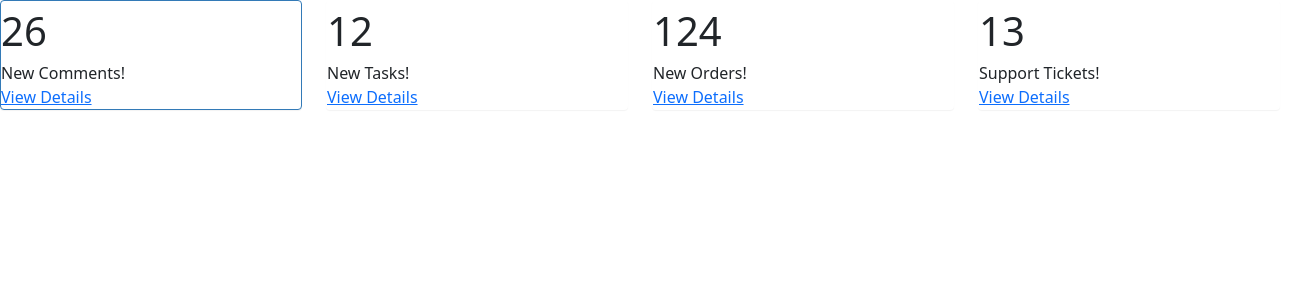
Repository: aache/call-log-management
Page: /dashboard
The author's editor kept a copy of each file at every save. The page is drawn from the files as they stood at one save, then again after the next save.
The browser window is 1280 px wide. The page is 1292 px wide, so the pictures cover 1292 px, including what lies to the right of the window. The pictures show the whole page.
The project was rebuilt for these pictures with package versions that can differ from the ones it lists, and the page was loaded fresh each time. Also part of the build but not shown: angular.json, src/app/login/login.component.ts, src/app/vertical-navigation/vertical-navigation.component.ts.

Above is the page before, as saved 2019-01-05 16:04:16.

### src/index.html
<!doctype html>
<html lang="en">
<head>
  <meta charset="utf-8">
  <title>CallLogApp</title>

  <base href="/">

  <meta name="viewport" content="width=device-width, initial-scale=1">
  <link rel="icon" type="image/x-icon" href="favicon.ico">
</head>
<body>
  <app-root></app-root>
</body>
</html>

### src/app/app.module.ts
import { BrowserModule } from '@angular/platform-browser';
import { NgModule } from '@angular/core';
import { AppRoutingModule } from './app-routing.module';
import { ReactiveFormsModule } from '@angular/forms';

import { AppComponent } from './app.component';
import { LoginComponent } from './login/login.component';
import { DashboardComponent } from './dashboard/dashboard.component';
import { VerticalNavigationComponent } from './vertical-navigation/vertical-navigation.component';


import { LoginAuthService } from './services/login/login-auth.service';
import { AppSettings } from './app-settings';

@NgModule({
  declarations: [
    AppComponent,
    LoginComponent,
    DashboardComponent,
    VerticalNavigationComponent
  ],
  imports: [
    BrowserModule,
    AppRoutingModule,
    ReactiveFormsModule
  ],
  providers: [
    AppSettings,
    LoginAuthService
  ],
  bootstrap: [AppComponent]
})
export class AppModule { }

### src/app/app-routing.module.ts
import { NgModule } from '@angular/core';
import { Routes, RouterModule } from '@angular/router';
import { AppComponent } from './app.component';
import { LoginComponent } from './login/login.component';
import { DashboardComponent } from './dashboard/dashboard.component';

const routes: Routes = [
  {path: 'dashboard' , component: DashboardComponent},
  {path: '' , component: LoginComponent}
];

@NgModule({
  imports: [RouterModule.forRoot(routes)],
  exports: [RouterModule]
})
export class AppRoutingModule { }

### src/app/app.component.ts
import { Component } from '@angular/core';

@Component({
  selector: 'app-root',
  templateUrl: './app.component.html',
  styleUrls: ['./app.component.css' ]
})
export class AppComponent {
  title = 'call-log-app';
}

### src/app/services/login/login-auth.service.ts
import { Injectable } from '@angular/core';
import { AppSettings } from '../../app-settings';

@Injectable({
  providedIn: 'root'
})
export class LoginAuthService {

  constructor() { }
  printLogin(username: String, password: String) {
    console.log(username + '::::' + password + AppSettings.API_ENDPOINT);
  }
}

### src/app/app-settings.ts
export class AppSettings {
    public static API_ENDPOINT = 'http://127.0.0.1:3000/api/';
}

### src/app/app.component.html
<!--The content below is only a placeholder and can be replaced.-->
<!--app-vertical-navigation></app-vertical-navigation-->
<router-outlet></router-outlet>

### src/app/dashboard/dashboard.component.html
<div class="row">
  <div class="col-lg-3 col-md-6">
      <div class="panel panel-primary">
          <div class="panel-heading">
              <div class="row">
                  <div class="col-xs-3">
                      <i class="fa fa-comments fa-5x"></i>
                  </div>
                  <div class="col-xs-9 text-right">
                      <div class="huge">26</div>
                      <div>New Comments!</div>
                  </div>
              </div>
          </div>
          <a href="#">
              <div class="panel-footer">
                  <span class="pull-left">View Details</span>
                  <span class="pull-right"><i class="fa fa-arrow-circle-right"></i></span>
                  <div class="clearfix"></div>
              </div>
          </a>
      </div>
  </div>
  <div class="col-lg-3 col-md-6">
      <div class="panel panel-green">
          <div class="panel-heading">
              <div class="row">
                  <div class="col-xs-3">
                      <i class="fa fa-tasks fa-5x"></i>
                  </div>
                  <div class="col-xs-9 text-right">
                      <div class="huge">12</div>
                      <div>New Tasks!</div>
                  </div>
              </div>
          </div>
          <a href="#">
              <div class="panel-footer">
                  <span class="pull-left">View Details</span>
                  <span class="pull-right"><i class="fa fa-arrow-circle-right"></i></span>
                  <div class="clearfix"></div>
              </div>
          </a>
      </div>
  </div>
  <div class="col-lg-3 col-md-6">
      <div class="panel panel-yellow">
          <div class="panel-heading">
              <div class="row">
                  <div class="col-xs-3">
                      <i class="fa fa-shopping-cart fa-5x"></i>
                  </div>
                  <div class="col-xs-9 text-right">
                      <div class="huge">124</div>
                      <div>New Orders!</div>
                  </div>
              </div>
          </div>
          <a href="#">
              <div class="panel-footer">
                  <span class="pull-left">View Details</span>
                  <span class="pull-right"><i class="fa fa-arrow-circle-right"></i></span>
                  <div class="clearfix"></div>
              </div>
          </a>
      </div>
  </div>
  <div class="col-lg-3 col-md-6">
      <div class="panel panel-red">
          <div class="panel-heading">
              <div class="row">
                  <div class="col-xs-3">
                      <i class="fa fa-support fa-5x"></i>
                  </div>
                  <div class="col-xs-9 text-right">
                      <div class="huge">13</div>
                      <div>Support Tickets!</div>
                  </div>
              </div>
          </div>
          <a href="#">
              <div class="panel-footer">
                  <span class="pull-left">View Details</span>
                  <span class="pull-right"><i class="fa fa-arrow-circle-right"></i></span>
                  <div class="clearfix"></div>
              </div>
          </a>
      </div>
  </div>
</div>

### src/app/dashboard/dashboard.component.css
.huge {
    font-size: 40px;
  }

  .fa-comments{
    content: "\f086";
  }

  .panel {
    margin-bottom: 20px;
    background-color: #fff;
    border: 1px solid transparent;
    border-radius: 4px;
    -webkit-box-shadow: 0 1px 1px rgba(0, 0, 0, .05);
            box-shadow: 0 1px 1px rgba(0, 0, 0, .05);
  }

  .panel-primary {
    border-color: #337ab7;
  }

Loaded but not shown: src/styles.css (common file); src/main.ts (common file); src/environments/environment.ts (common file); src/app/dashboard/dashboard.component.ts (common file); src/app/app.component.css (no stored copy; drawn as an empty file)

After the next save:
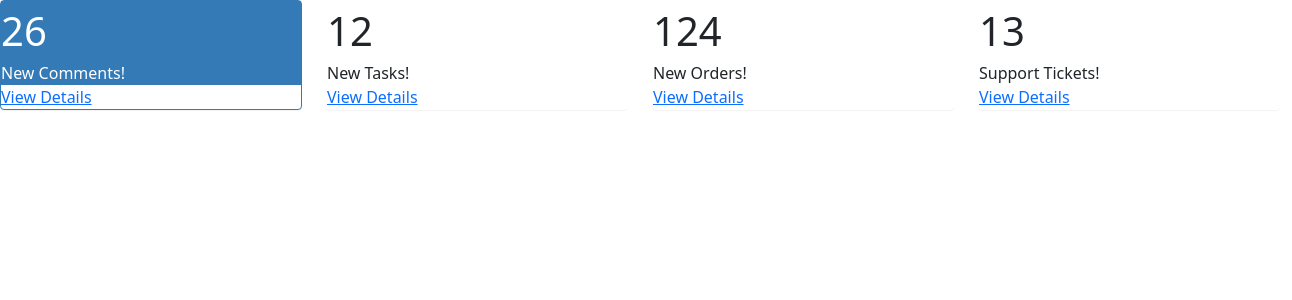
Saved 76 s later.
--- a/src/app/dashboard/dashboard.component.css
+++ b/src/app/dashboard/dashboard.component.css
@@ -18,3 +18,9 @@
   .panel-primary {
     border-color: #337ab7;
   }
+
+  .panel-primary > .panel-heading {
+    color: #fff;
+    background-color: #337ab7;
+    border-color: #337ab7;
+  }
